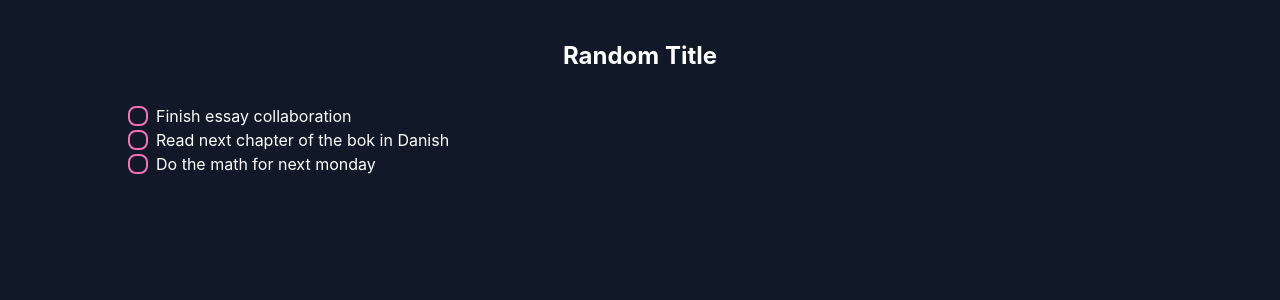
Repository: VachArt/react-exam-work
Page: /about
An editor plug-in stored every save of this project. The page is shown before and after the next save, followed by the edit.
The browser window is 1280 px wide. The pictures show the whole page.
The project was rebuilt for these pictures with package versions that can differ from the ones it lists, and the page was loaded fresh each time.

Above is the page before, as saved 2022-04-27 19:27:32.

After the next save:
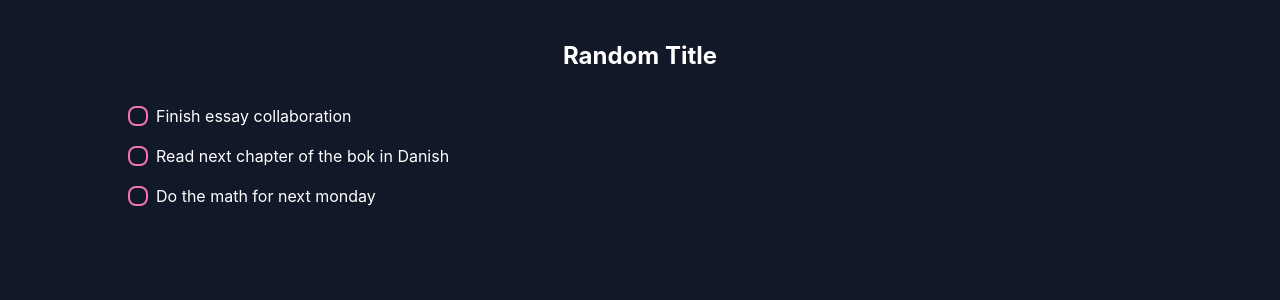
Saved 20 s later.
--- a/src/components/pages/Home/item/TodoItem.jsx
+++ b/src/components/pages/Home/item/TodoItem.jsx
@@ -3,7 +3,7 @@ import Check from './Check'
 
 const TodoItem = ({todo}) => {
     return (
-        <div className='flex items-center'>
+        <div className='flex items-center mb-4'>
             <Check />
             {todo.title}
         </div>
